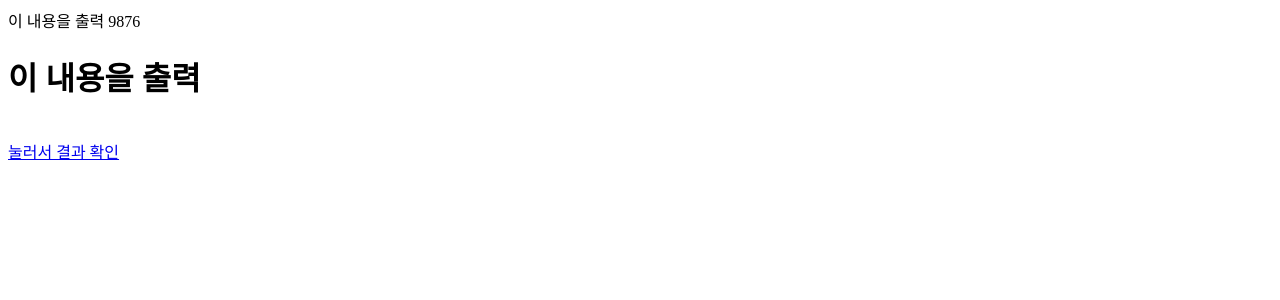
Repository: dychung1021/newrepository
Page: http://localhost/JSP03/
The author's editor kept a copy of each file at every save. The page is drawn from the files as they stood at one save, then again after the next save.
The browser window is 1280 px wide. The pictures show the whole page.
The page is served by Tomcat 9.

Above is the page before, as saved 2024-05-10 01:08:30.

### JSP/JSP03/src/main/webapp/index.jsp
<%@ page language="java" contentType="text/html; charset=utf-8"
    pageEncoding="utf-8"%>
<!DOCTYPE html>
<html>
<head>
<meta charset="utf-8">
<title>GET을 통한 데이터 전송</title>
</head>
<body>
 	<%
 	String data ="이 내용을 출력";
 	int number=9876;
 	%>
	<% out.print(data); %>
	<% out.print(number); %>
	<br>
	<h1><%=data %></h1>
	<br>

	<a href="result.jsp?test=<%=data%>&num=<%=number%>">눌러서 결과 확인</a>
	<!-- 127.0.0.1/JSP03/result.jsp? 검색어=데이터 -->
	<!-- GET방식의 데이터 전송방법 -->
</body>
</html>

After the next save:
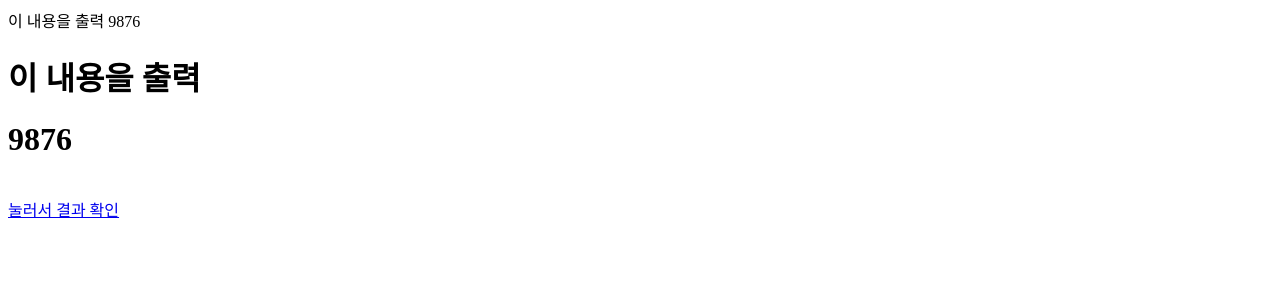
Saved 3 min 21 s later.
--- a/JSP/JSP03/src/main/webapp/index.jsp
+++ b/JSP/JSP03/src/main/webapp/index.jsp
@@ -15,6 +15,7 @@
 	<% out.print(number); %>
 	<br>
 	<h1><%=data %></h1>
+	<h1><%=number %></h1>
 	<br>
 
 	<a href="result.jsp?test=<%=data%>&num=<%=number%>">눌러서 결과 확인</a>
